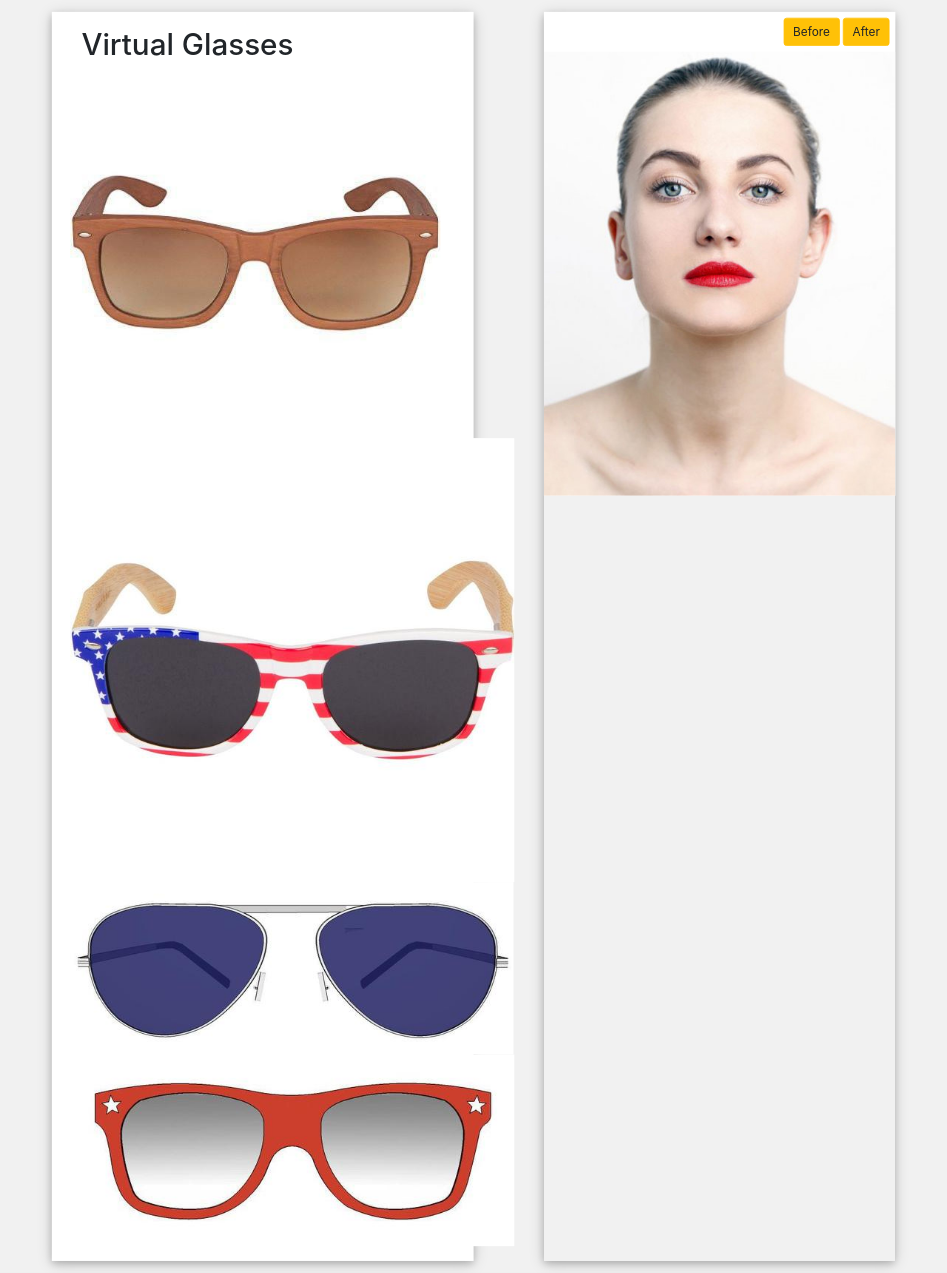
Repository: Khoi300399/BC35E_ES6_B2_MaThanhKhoi
Page: index.html
The author's editor kept a copy of each file at every save. The page is drawn from the files as they stood at one save, then again after the next save.
The browser window is 1280 px wide. The pictures show the whole page, at 74% of full size.

Above is the page before, as saved 2022-10-21 17:21:32.

### index.html
<!DOCTYPE html>
<html lang="en">
  <head>
    <title>Virtual Glasses</title>
    <!-- Required meta tags -->
    <meta charset="utf-8" />
    <meta
      name="viewport"
      content="width=device-width, initial-scale=1, shrink-to-fit=no"
    />

    <!-- Bootstrap CSS -->
    <link
      rel="stylesheet"
      href="https://stackpath.bootstrapcdn.com/bootstrap/4.3.1/css/bootstrap.min.css"
      integrity="sha384-ggOyR0iXCbMQv3Xipma34MD+dH/1fQ784/j6cY/iJTQUOhcWr7x9JvoRxT2MZw1T"
      crossorigin="anonymous"
    />

    <!-- Main CSS -->
    <link rel="stylesheet" href="./css/index.css" />
  </head>

  <body>
    <div class="container vglasses py-3">
      <div class="row justify-content-between">
        <div class="col-6 vglasses__left">
          <div class="row">
            <div class="col-12">
              <h1 class="mb-2">Virtual Glasses</h1>
            </div>
          </div>
          <div class="row" id="vglassesList">
            <span><img src="./img/g1.jpg"" alt=""></span>
            <span><img src="./img/g2.jpg" alt="" /></span>
            <span><img src="./img/g3.jpg" alt="" /></span>
            <span><img src="./img/g4.jpg" alt="" /></span>
          </div>
        </div>
        <div class="col-5 vglasses__right p-0">
          <div class="vglasses__card">
            <div class="mb-2 text-right mt-2 mr-2">
              <button class="btn btn-warning" onclick="removeGlasses(false)">
                Before
              </button>
              <button class="btn btn-warning" onclick="removeGlasses(true)">
                After
              </button>
            </div>
            <div class="vglasses__model" id="avatar"></div>
            <div id="glassesInfo" class="vglasses__info"></div>
          </div>
        </div>
      </div>
    </div>

    <!-- Optional JavaScript -->
    <!-- jQuery first, then Popper.js, then Bootstrap JS -->
    <script
      src="https://code.jquery.com/jquery-3.4.1.js"
      integrity="sha256-WpOohJOqMqqyKL9FccASB9O0KwACQJpFTUBLTYOVvVU="
      crossorigin="anonymous"
    ></script>
    <!-- <script src="https://code.jquery.com/jquery-3.3.1.slim.min.js" integrity="sha384-q8i/X+965DzO0rT7abK41JStQIAqVgRVzpbzo5smXKp4YfRvH+8abtTE1Pi6jizo" crossorigin="anonymous"></script> -->
    <script
      src="https://cdnjs.cloudflare.com/ajax/libs/popper.js/1.14.7/umd/popper.min.js"
      integrity="sha384-UO2eT0CpHqdSJQ6hJty5KVphtPhzWj9WO1clHTMGa3JDZwrnQq4sF86dIHNDz0W1"
      crossorigin="anonymous"
    ></script>
    <script
      src="https://stackpath.bootstrapcdn.com/bootstrap/4.3.1/js/bootstrap.min.js"
      integrity="sha384-JjSmVgyd0p3pXB1rRibZUAYoIIy6OrQ6VrjIEaFf/nJGzIxFDsf4x0xIM+B07jRM"
      crossorigin="anonymous"
    ></script>

    <!-- MAIN JS -->
    <script type="module" src="./js/main.js"></script>
  </body>
</html>

### css/index.css
/* GLOBAL */
*{
    box-sizing: border-box;
}
body{
    background: #f1f1f1;

}

/* MAIN CSS */
.vglasses__left{
    background-color: white;
    padding: 20px 40px;
    box-shadow: 0 4px 10px 0 rgba(0,0,0,0.2), 0 4px 20px 0 rgba(0,0,0,0.19);
}
.vglasses__left .col-4{
    align-self: center;
}
.vglasses__items{
    cursor: pointer;
}

.vglasses__right{
    box-shadow: 0 4px 10px 0 rgba(0,0,0,0.2), 0 4px 20px 0 rgba(0,0,0,0.19);
}

.vglasses__model{
    background-image: url('../img/model.jpg');
    background-position: center top;
    background-size: cover;
    height: 600px;

}

.vglasses__model img{
    position: absolute;
    top: 32%;
    left: 25%;
    width: 238px;
    height: 85px;
    opacity: 0.9;
}

.vglasses__card{
    position: relative;
    overflow: hidden;
    background-color: white;
}

.vglasses__info{
    position: absolute;
    bottom:0;
    left: 0;
    background-color: rgba(0,0,0,0.7);
    width: 100%;
    color: white;
    padding: 20px;
   display: none;
}

#glasses{
    transition: all 0.5s;
}

### js/main.js
let dataGlasses = [
    { id: "G1", src: "./img/g1.jpg", virtualImg: "./img/v1.png", brand: "Armani Exchange", name: "Bamboo wood", color: "Brown", price: 150, description: "Lorem ipsum dolor sit amet consectetur adipisicing elit. Nobis ea voluptates officiis? " },
    { id: "G2", src: "./img/g2.jpg", virtualImg: "./img/v2.png", brand: "Arnette", name: "American flag", color: "American flag", price: 150, description: "Lorem ipsum dolor, sit amet consectetur adipisicing elit. In assumenda earum eaque doloremque, tempore distinctio." },
    { id: "G3", src: "./img/g3.jpg", virtualImg: "./img/v3.png", brand: "Burberry", name: "Belt of Hippolyte", color: "Blue", price: 100, description: "Lorem ipsum dolor, sit amet consectetur adipisicing elit." },
    { id: "G4", src: "./img/g4.jpg", virtualImg: "./img/v4.png", brand: "Coarch", name: "Cretan Bull", color: "Red", price: 100, description: "In assumenda earum eaque doloremque, tempore distinctio." },
    { id: "G5", src: "./img/g5.jpg", virtualImg: "./img/v5.png", brand: "D&G", name: "JOYRIDE", color: "Gold", price: 180, description: "Lorem ipsum dolor, sit amet consectetur adipisicing elit. Error odio minima sit labore optio officia?" },
    { id: "G6", src: "./img/g6.jpg", virtualImg: "./img/v6.png", brand: "Polo", name: "NATTY ICE", color: "Blue, White", price: 120, description: "Lorem ipsum dolor, sit amet consectetur adipisicing elit." },
    { id: "G7", src: "./img/g7.jpg", virtualImg: "./img/v7.png", brand: "Ralph", name: "TORTOISE", color: "Black, Yellow", price: 120, description: "Lorem ipsum dolor sit amet consectetur adipisicing elit. Enim sint nobis incidunt non voluptate quibusdam." },
    { id: "G8", src: "./img/g8.jpg", virtualImg: "./img/v8.png", brand: "Polo", name: "NATTY ICE", color: "Red, Black", price: 120, description: "Lorem ipsum dolor sit amet consectetur adipisicing elit. Reprehenderit, unde enim." },
    { id: "G9", src: "./img/g9.jpg", virtualImg: "./img/v9.png", brand: "Coarch", name: "MIDNIGHT VIXEN REMIX", color: "Blue, Black", price: 120, description: "Lorem ipsum dolor sit amet consectetur adipisicing elit. Sit consequatur soluta ad aut laborum amet." }
];

After the next save:
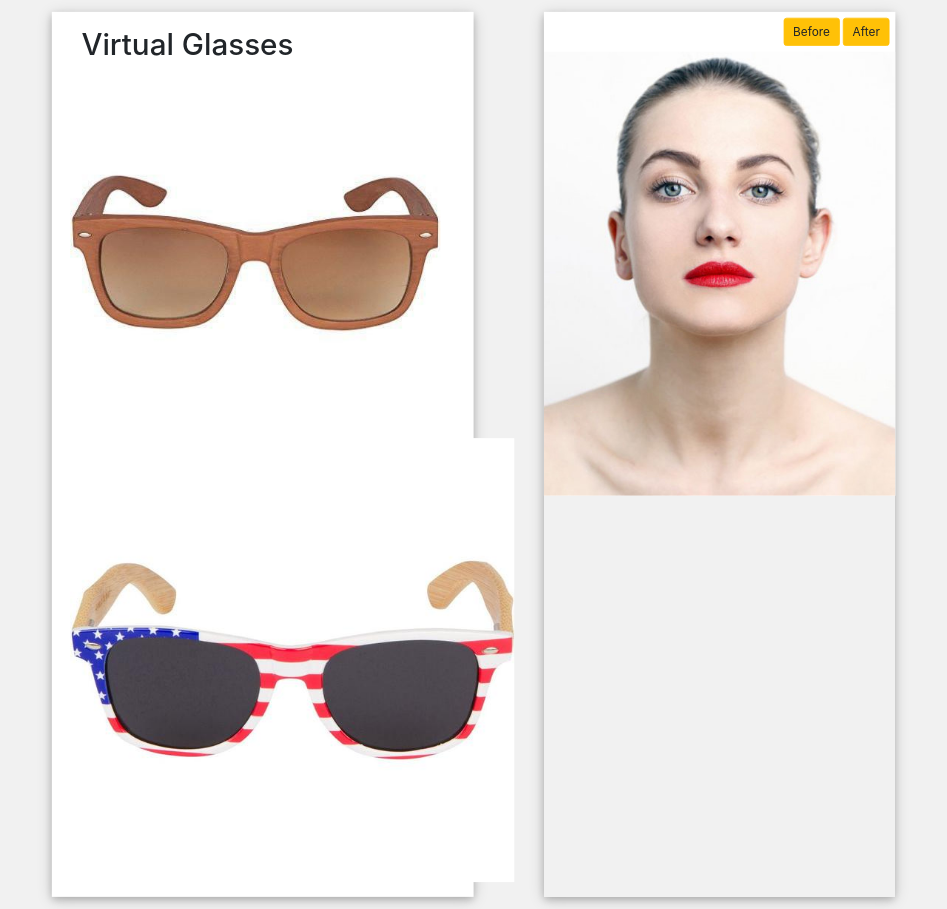
Saved 43 s later.
--- a/index.html
+++ b/index.html
@@ -31,10 +31,10 @@
             </div>
           </div>
           <div class="row" id="vglassesList">
-            <span><img src="./img/g1.jpg"" alt=""></span>
-            <span><img src="./img/g2.jpg" alt="" /></span>
-            <span><img src="./img/g3.jpg" alt="" /></span>
-            <span><img src="./img/g4.jpg" alt="" /></span>
+            <span>
+              <img src="./img/g1.jpg" alt="" />
+              <img src="./img/g2.jpg" alt="" />
+            </span>
           </div>
         </div>
         <div class="col-5 vglasses__right p-0">
